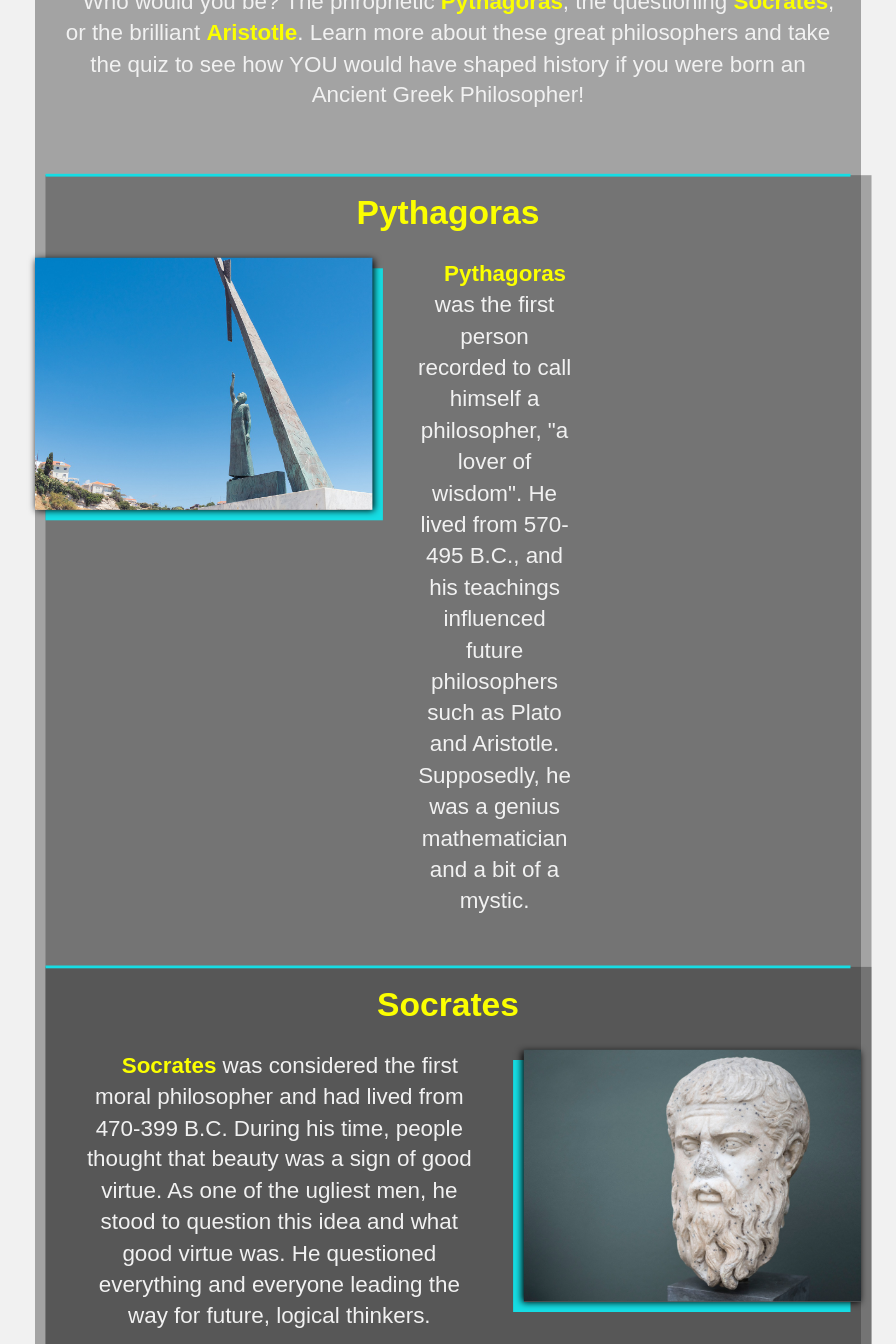
Repository: Sbethm/sarahmoosa
Page: greekPhiloQuiz/greekIndex.html
These files come from the project's save history. The page is drawn as it stood at one moment and after the next save; the edit follows.
The browser window is 1280 px wide. The pictures show the part of the page from y = 606 to 2526 px (the page is 4108 px tall), at 70% of full size.
Some web fonts or font styles are not loaded; a fallback is used. The style sheet was rebuilt from its Sass, Less or Tailwind sources for each picture, by a compiler version that may differ from the author's.

Above is the page before, as saved 2021-08-04 20:30:34.
Console error: TypeError: Cannot read properties of null (reading 'addEventListener')

After the next save:
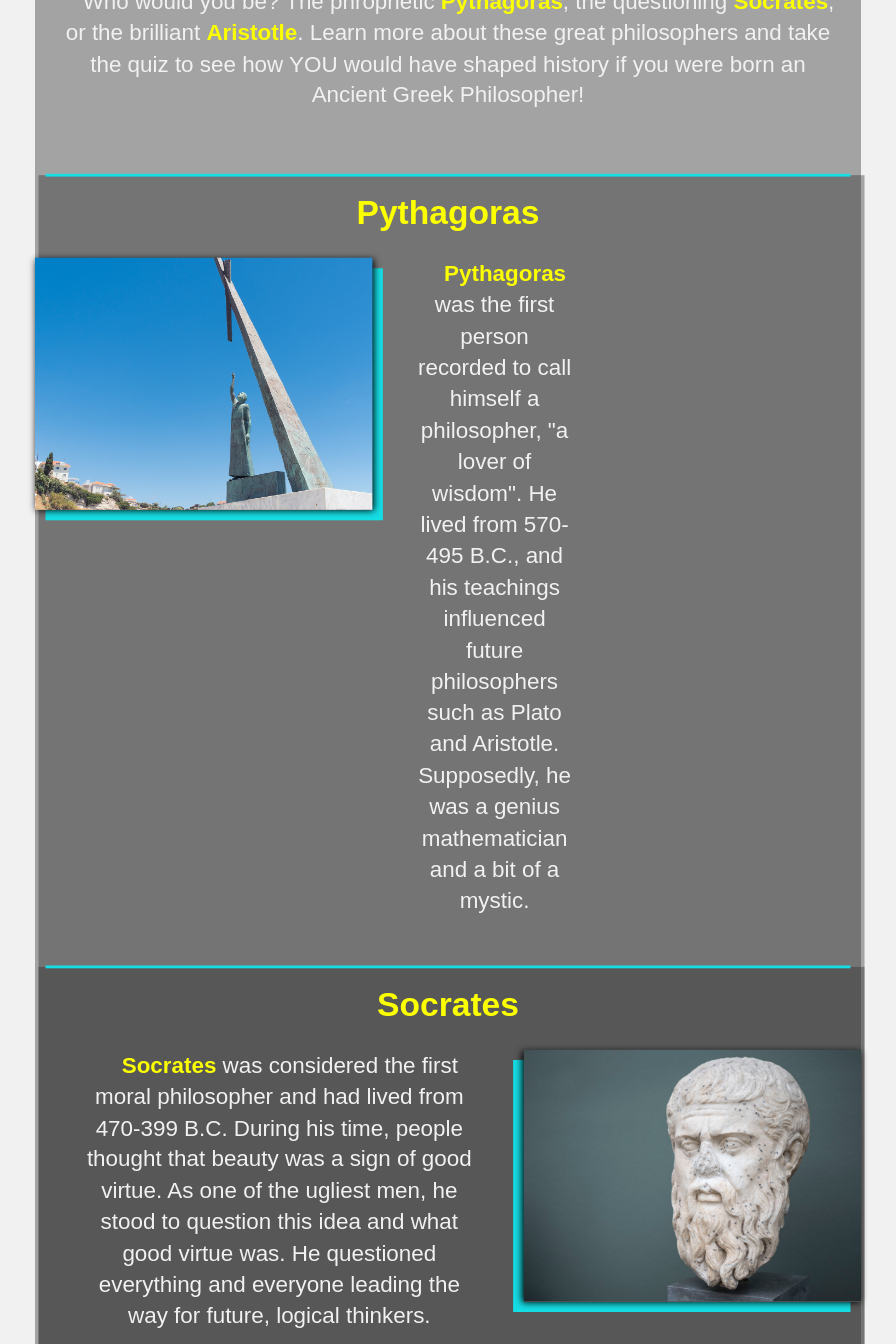
Saved 12 s later.
--- a/greekPhiloQuiz/greekSCSS/main.scss
+++ b/greekPhiloQuiz/greekSCSS/main.scss
@@ -540,7 +540,7 @@ footer {
 
     h2 {
         &::after {
-            top: -2px; left: 0px;
+            top: -2px; left: -10px;
             width: calc(100vw - 100px);
         }
     }
